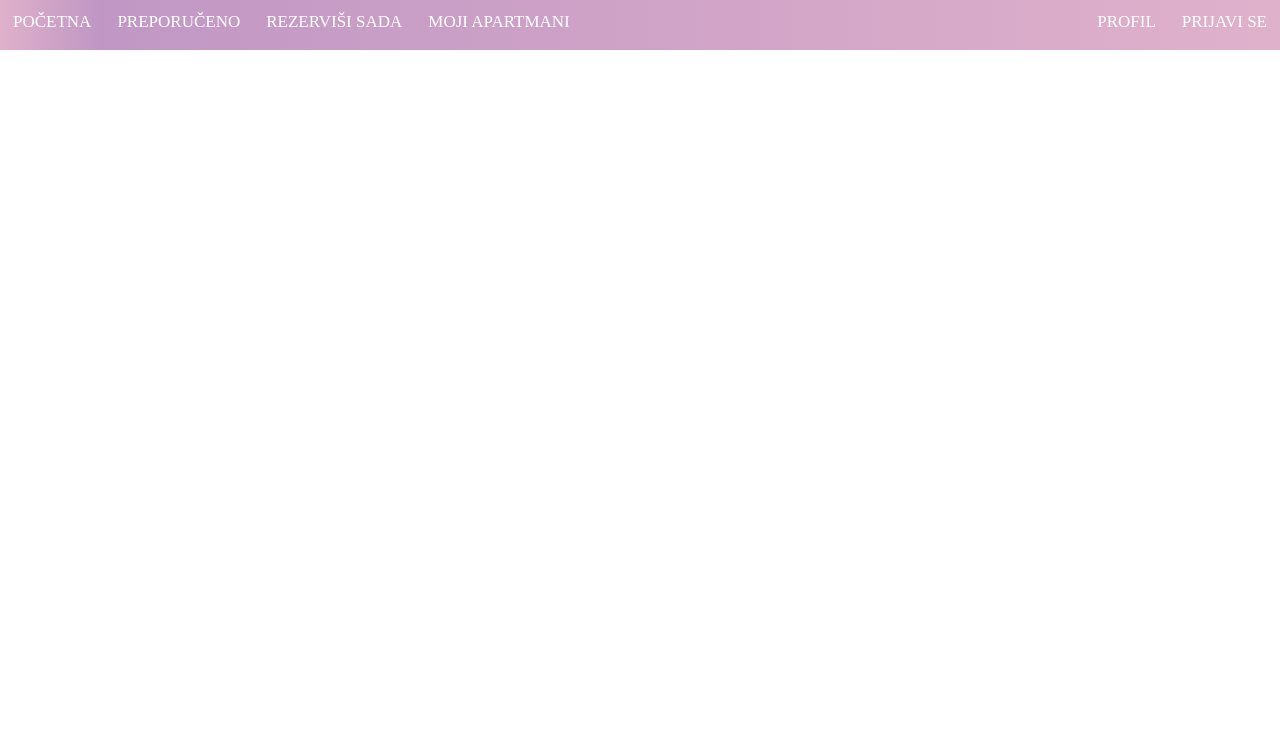
Repository: FTN-E2-materials/WEB
Page: BookingApp/static/index.html
These files come from the project's save history. The page is drawn as it stood at one moment and after the next save; the edit follows.
The browser window is 1280 px wide. The pictures show the whole page.
The page's requests for data from a server got no answer.

Above is the page before, as saved 2020-08-15 20:36:27.

After the next save:
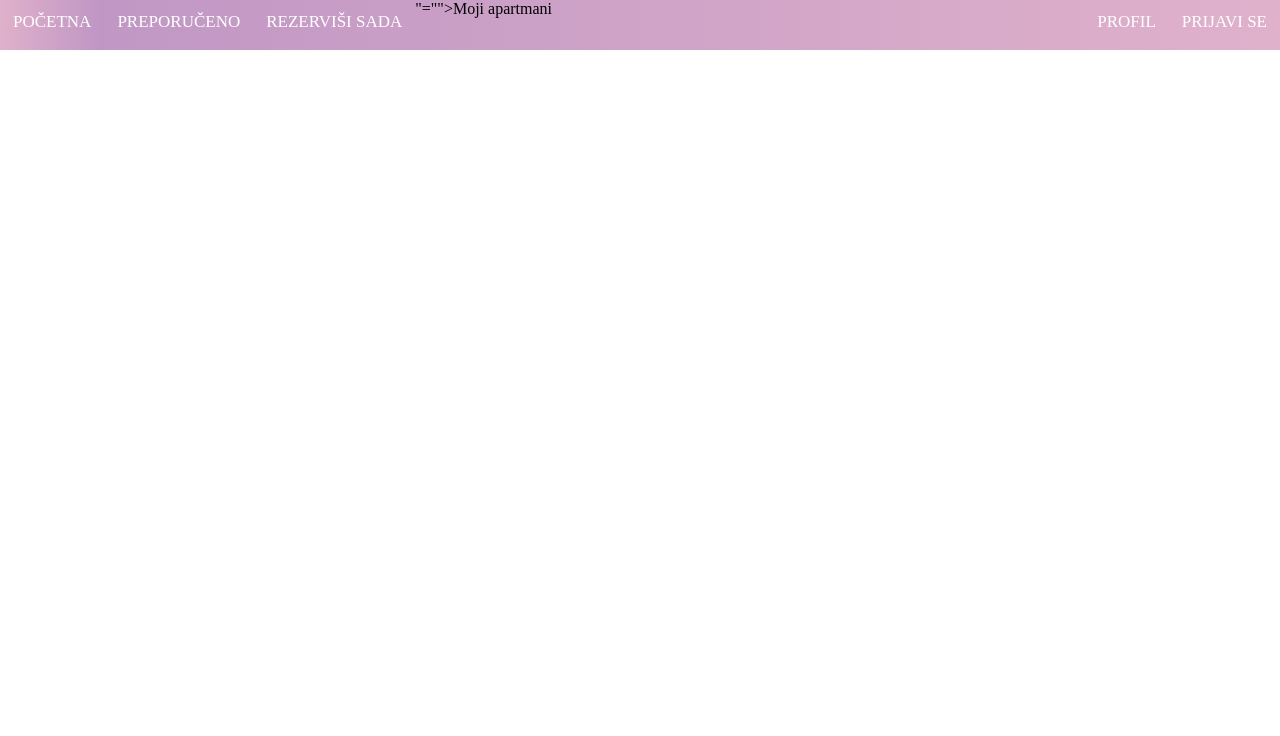
Saved 12 s later.
--- a/BookingApp/static/index.html
+++ b/BookingApp/static/index.html
@@ -15,7 +15,7 @@
 		        <li class = "menu"><a href="">Preporučeno</a></li>
 		        <li class = "menu"><a href="bookpage.html">Rezerviši sada</a></li>
 		        <li class = "menu" v-bind:hidden = "mode != 'admin'"><a href="reservations.html">Moje rezervacije</a></li>
-		        <li class = "menu"><a href="myapartments.html">Moji apartmani</a></li>
+		        <li class = "menu" v-bind:hidden = "mode != 'host'><a href="myapartments.html">Moji apartmani</a></li>
 		        <li class = "menu" style="float:right"><a href="startpage.html">Prijavi se</a></li>
 		        <li class = "menu" style="float:right"><a href="">Profil</a></li>
 	            </ul>
